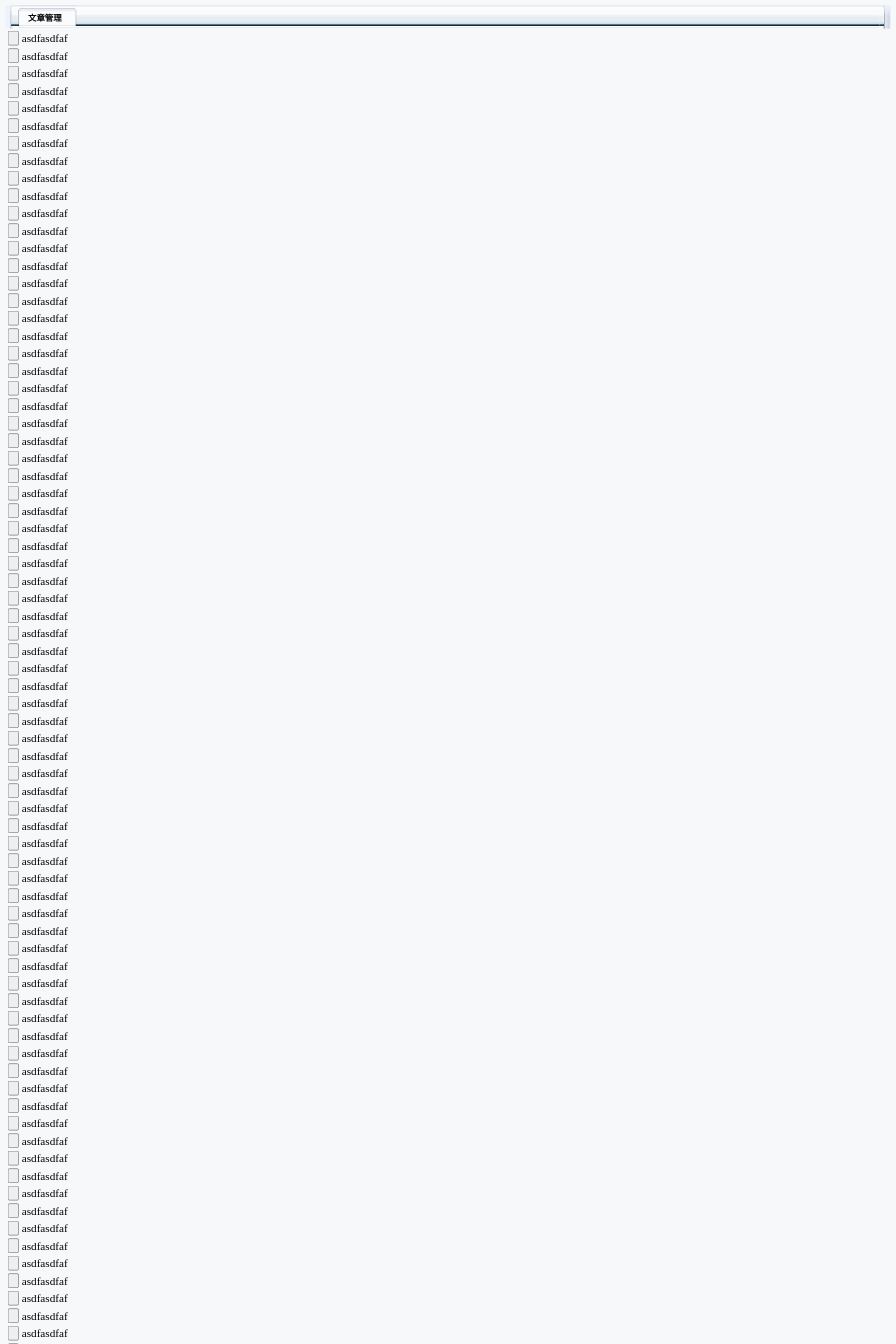
Repository: wzhcxw/shop
Page: ShopOnline/WebContent/admin/newslist.html
These files come from the project's save history. The page is drawn as it stood at one moment and after the next save; the edit follows.
The browser window is 1280 px wide. The pictures show the part of the page from y = 0 to 1920 px (the page is 2572 px tall), at 70% of full size.

Above is the page before, as saved 2014-09-23 17:44:53.

After the next save:
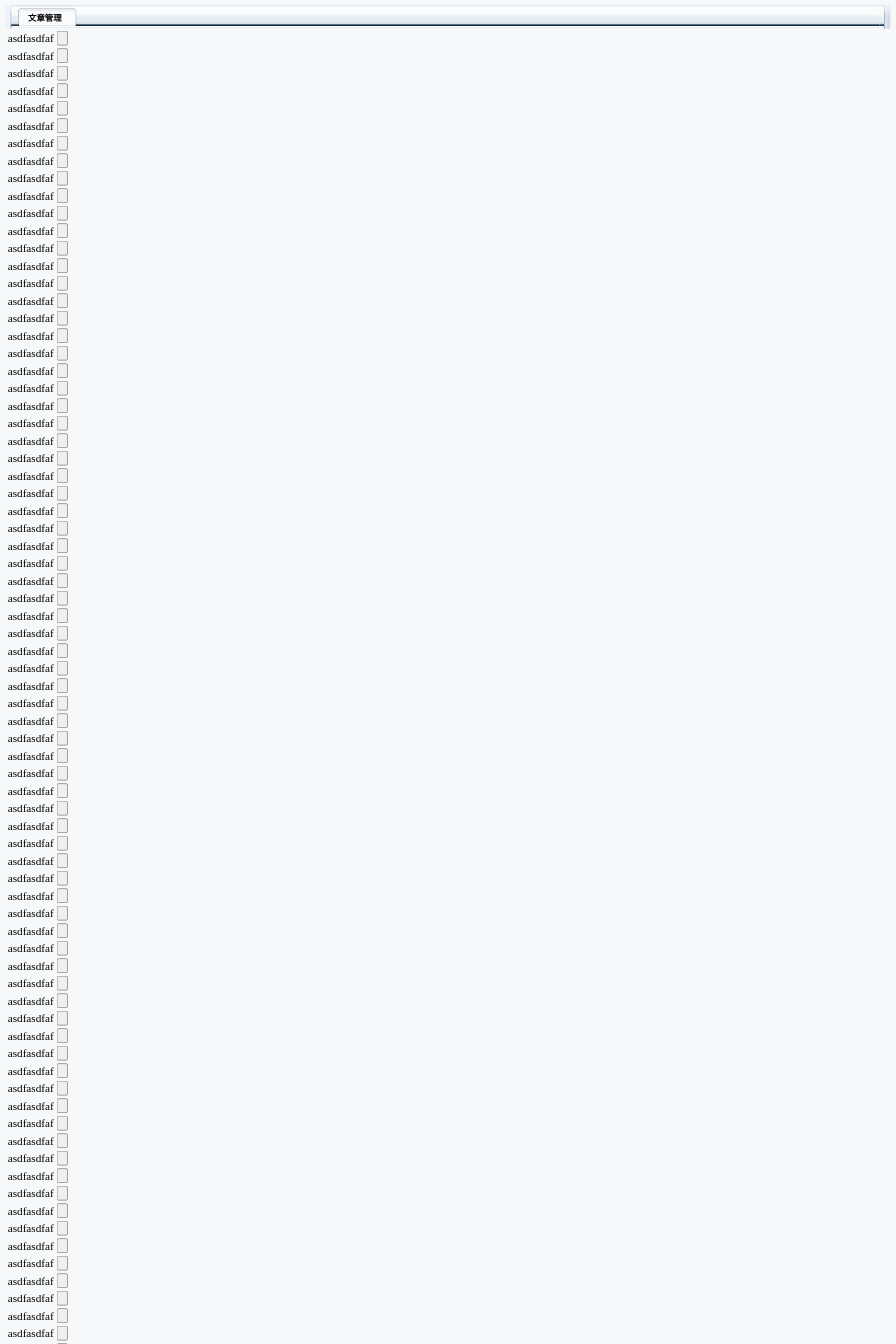
Saved 68 s later.
--- a/ShopOnline/WebContent/admin/newslist.html
+++ b/ShopOnline/WebContent/admin/newslist.html
@@ -25,9 +25,10 @@ For licensing, see LICENSE.md or http://ckeditor.com/license
 
 		var newTr = listtable.insertRow();
         //添加两列
+        var newTd1 = newTr.insertCell();
         var newTd0 = newTr.insertCell();
 
-        var newTd1 = newTr.insertCell();
+
 
         //设置列内容和属性
         newTd0.innerHTML = '<input type=button width="50" id="box4">';
